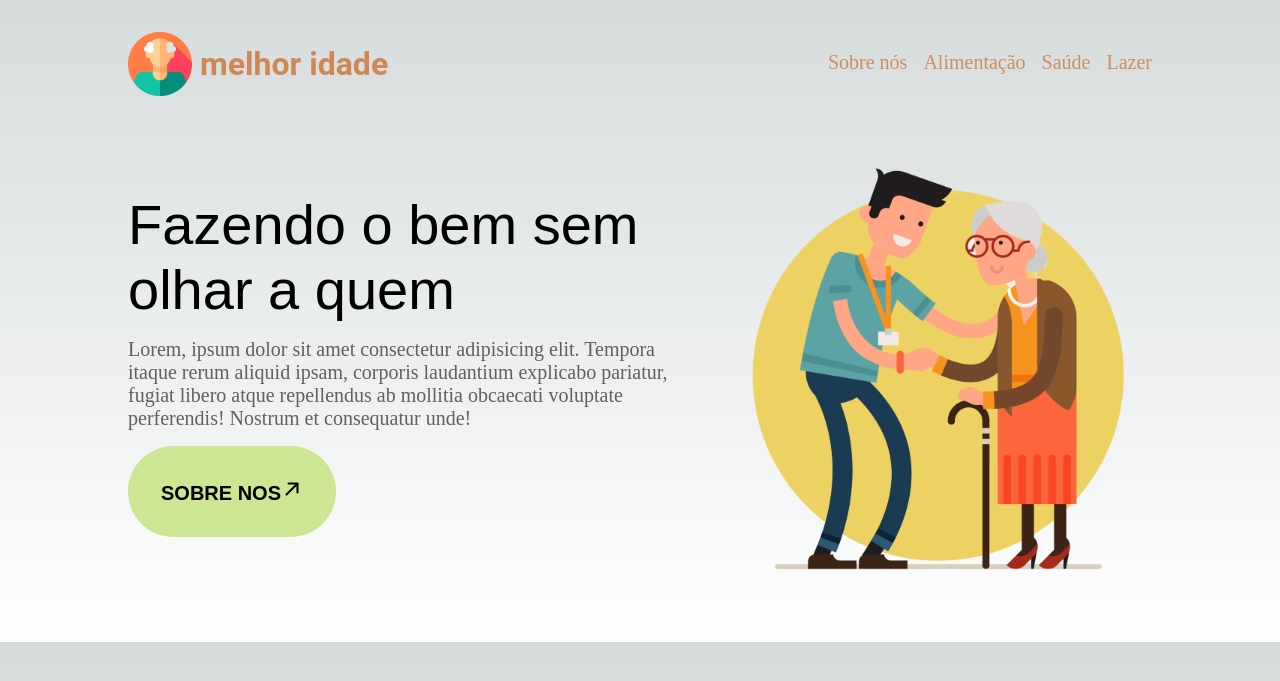
Repository: Giopol12/melhor-idade-online
Page: /index.page
These files come from the project's save history. The page is drawn as it stood at one moment and after the next save; the edit follows.
The browser window is 1280 px wide. The pictures show the whole page.
The project was rebuilt for these pictures with package versions that can differ from the ones it lists, and the page was loaded fresh each time. The framework's server and built-in components were replaced by stand-ins that run in the browser. Also part of the build but not shown: next.config.js.

Above is the page before, as saved 2023-11-12 16:22:14.

### src/pages/home/index.tsx
import { Header } from '@/components/Header'
import { Container } from './styles'
import { HomeMain } from './HomeMain'

export default function Home() {
  return (
    <Container>
      <Header />
      <HomeMain />
    </Container>
  )
}

### src/components/Header/index.tsx
import Image from 'next/image'
import { HeaderContainer, LogoContainer, NavContainer } from './styles'

import logo2 from '../../../assets/logo2.png'
import Link from 'next/link'

export function Header() {
  return (
    <HeaderContainer>
      <LogoContainer href="/">
        <Image src={logo2} width={64} alt="logo" quality={100} />
        <strong>melhor idade</strong>
      </LogoContainer>

      <NavContainer>
        <Link href={'/nutrition'}>Sobre nós</Link>
        <Link href="/">Alimentação</Link>
        <Link href="/">Saúde</Link>
        <Link href="/">Lazer</Link>
      </NavContainer>
    </HeaderContainer>
  )
}

### src/pages/home/styles.ts
import { styled } from '@/styles'

export const Container = styled('div', {
  maxWidth: '1440px',
  margin: '0 auto',
})

### src/pages/home/HomeMain/index.tsx
import Image from 'next/image'
import { ContentContainer, HomeMainContainer } from './styles'

import mainImg from '../../../../assets/main-image.png'
import { ArrowUpRight } from '@phosphor-icons/react'

export function HomeMain() {
  return (
    <HomeMainContainer>
      <ContentContainer>
        <h1>Fazendo o bem sem olhar a quem</h1>
        <p>
          Lorem, ipsum dolor sit amet consectetur adipisicing elit. Tempora
          itaque rerum aliquid ipsam, corporis laudantium explicabo pariatur,
          fugiat libero atque repellendus ab mollitia obcaecati voluptate
          perferendis! Nostrum et consequatur unde!
        </p>
        <button>
          <span>SOBRE NOS</span>
          <ArrowUpRight size={22} weight="bold" />
        </button>
      </ContentContainer>
      <Image src={mainImg} width={450} alt="" />
    </HomeMainContainer>
  )
}

### src/components/Header/styles.ts
import { styled } from '@/styles'
import Link from 'next/link'

export const HeaderContainer = styled('header', {
  maxWidth: 1024,
  margin: '2rem auto',
  display: 'flex',
  justifyContent: 'space-between',
  alignItems: 'center',
})
export const LogoContainer = styled(Link, {
  fontFamily: 'Roboto, sans-serif',
  display: 'flex',
  alignItems: 'center',
  gap: '0.5rem',
  fontWeight: 900,
  fontSize: '2rem',
  textDecoration: 'none',
  color: '$beije500',
})
export const NavContainer = styled('div', {
  display: 'flex',
  gap: '1rem',
  a: {
    textDecoration: 'none',
    color: '$beije400',
    fontSize: '$lg',
    borderBottom: '3px solid transparent',
    '&:hover': {
      borderBottom: '3px solid $beije500',
    },
  },
})

### src/styles/index.ts
import { createStitches } from '@stitches/react'
export const {
  config,
  createTheme,
  css,
  getCssText,
  globalCss,
  keyframes,
  prefix,
  reset,
  styled,
  theme,
} = createStitches({
  theme: {
    colors: {
      white: '#FFF',

      beije100: '#FFFBF4',
      beije400: '#D18D5E',
      beije500: '#CE8755',
      gray500: '#61605F',
      gray700: '#21201F',
      gray900: '#010101',
      green100: '#CDE693',
    },

    fontSizes: {
      md: '1.125rem',
      lg: '1.25rem',
      xl: '1.5rem',
      '2xl': '2rem',
    },
  },
})

### src/pages/home/HomeMain/styles.ts
import { styled } from '@/styles'

export const HomeMainContainer = styled('main', {
  maxWidth: 1024,
  margin: '3rem auto',
  display: 'flex',
  justifyContent: 'space-between',
})
export const ContentContainer = styled('div', {
  marginTop: '3rem',
  display: 'flex',
  flexDirection: 'column',

  flex: 1,
  gap: '1rem',
  paddingRight: '1.5rem',
  h1: {
    fontSize: '3.5rem',
    color: '$gray900',
    fontFamily: 'Lobster, sans-serif;',
    fontWeight: '400',
  },
  p: {
    fontSize: '$lg',
    color: '$gray500',
  },
  button: {
    boxSizing: 'initial',
    fontWeight: 'bold',
    width: '9rem',
    fontSize: '$lg',
    background: '$green100',
    border: 0,
    borderRadius: '9999px',
    padding: '2rem',
  },
})

Loaded but not shown: src/pages/_app.tsx (common file); src/pages/_document.tsx (common file); src/pages/index.page.tsx (common file); src/styles/globals.css (common file)

After the next save:
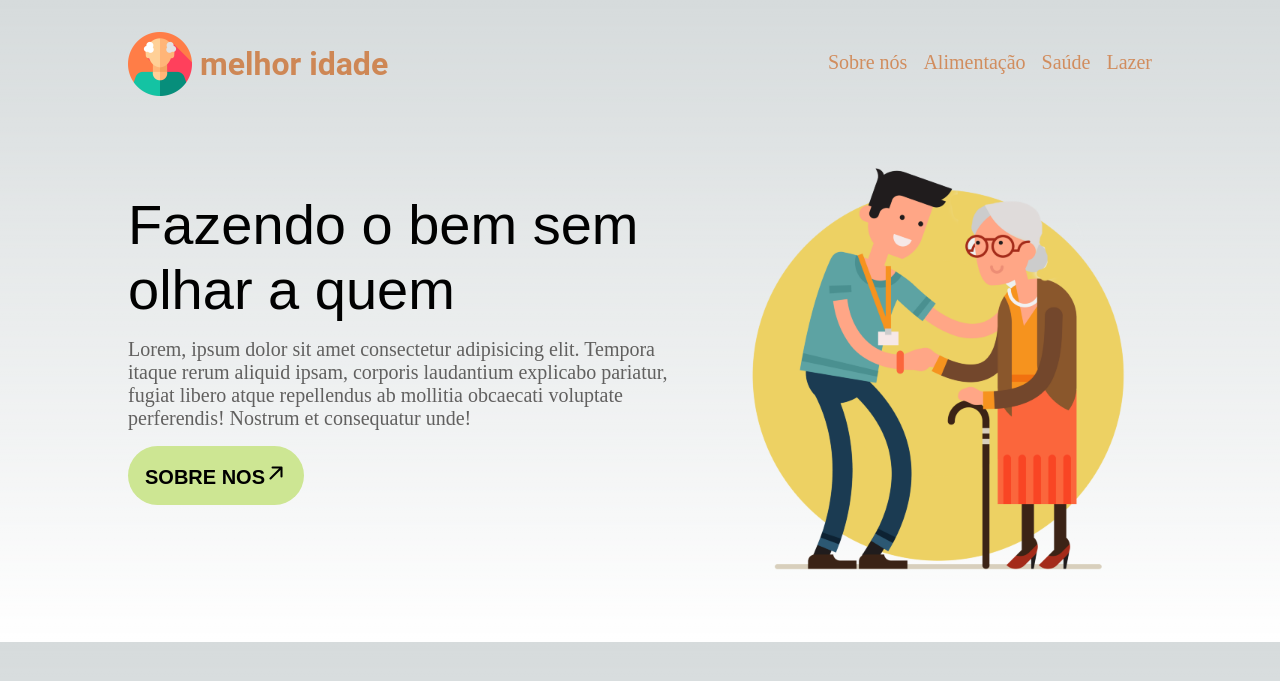
Saved 4 s later.
--- a/src/pages/home/HomeMain/styles.ts
+++ b/src/pages/home/HomeMain/styles.ts
@@ -32,6 +32,6 @@ export const ContentContainer = styled('div', {
     background: '$green100',
     border: 0,
     borderRadius: '9999px',
-    padding: '2rem',
+    padding: '1rem',
   },
 })
